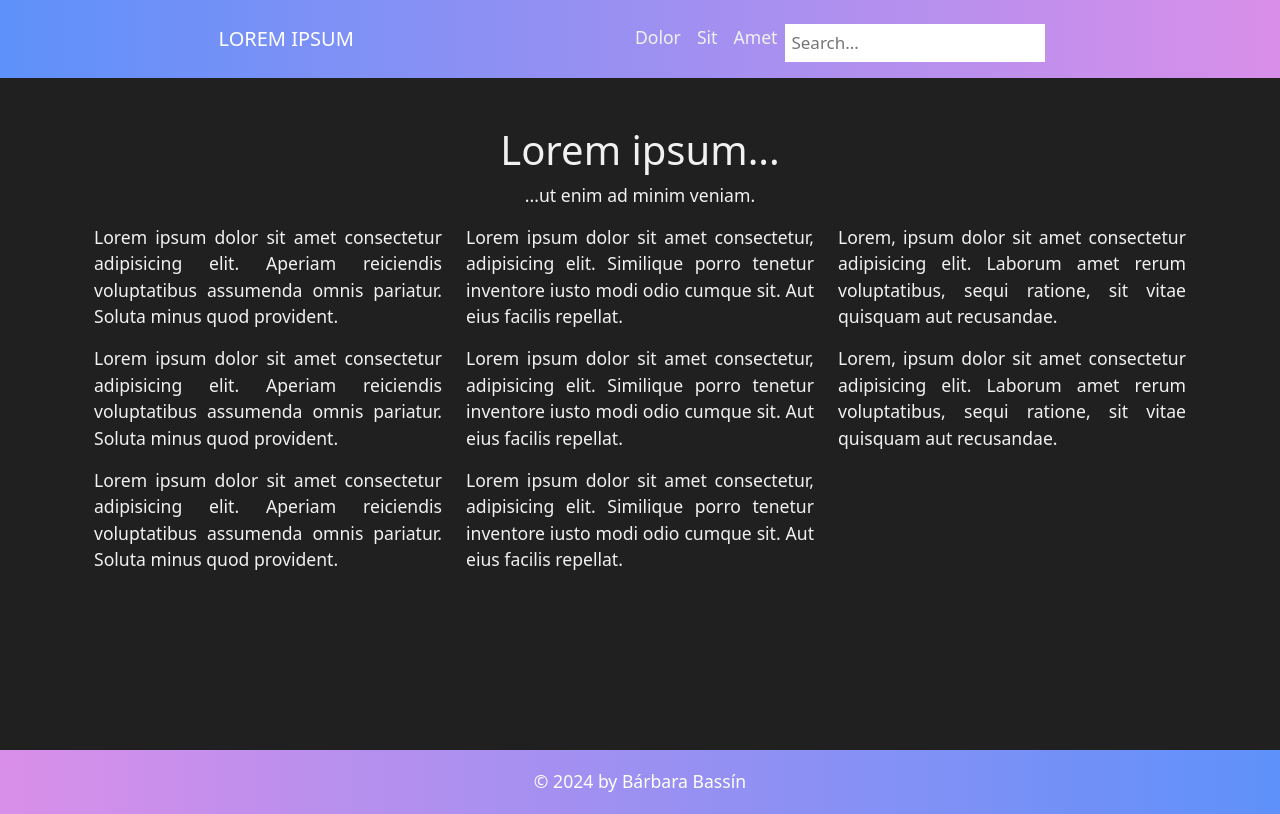
Repository: romancegirl/responsiveness
Page: index.html
The author's editor kept a copy of each file at every save. The page is drawn from the files as they stood at one save, then again after the next save.
The browser window is 1280 px wide. The pictures show the whole page.

Above is the page before, as saved 2024-11-19 19:33:44.

### index.html
<!DOCTYPE html>
<html lang="en">

<head>
    <meta charset="UTF-8">
    <meta name="viewport" content="width=device-width, initial-scale=1.0">
    <title>Portfolio - Bárbara Bassín</title>
    <link href="https://cdn.jsdelivr.net/npm/bootstrap@5.3.0/dist/css/bootstrap.min.css" rel="stylesheet">
    <link rel="stylesheet" href="https://cdnjs.cloudflare.com/ajax/libs/font-awesome/6.0.0-beta3/css/all.min.css">
    <link rel="stylesheet" href="css/header-and-footer.css">
    <link rel="stylesheet" href="css/styles.css">
</head>

<body>
    <!-- Header -->
    <header class="py-2">
        <div class="container d-flex justify-content-around align-items-center" id="profile">
            <h5 class="m-0">LOREM IPSUM</h5>
            <nav class="navbar navbar-expand-lg">
                <button class="navbar-toggler" type="button" data-bs-toggle="collapse" data-bs-target="#navbarNav"
                    aria-controls="navbarNav" aria-expanded="false" aria-label="Toggle navigation">
                    <i class="fas fa-bars"></i>
                </button>
                <div class="collapse navbar-collapse" id="navbarNav">
                    <ul class="navbar-nav ms-auto">
                        <li class="nav-item"><a class="nav-link">Dolor</a></li>
                        <li class="nav-item"><a class="nav-link">Sit</a></li>
                        <li class="nav-item"><a class="nav-link">Amet</a></li>
                        <input type="text" placeholder="Search...">
                    </ul>
                </div>
            </nav>
        </div>
    </header>



    <!-- Main -->
    <main class="container my-5">
        <div>
            <h1>Lorem ipsum...</h1>
            <div id="textCarousel" class="carousel slide" data-bs-ride="carousel" data-bs-interval="2000">
                <div class="carousel-inner">
                    <div class="carousel-item active">
                        <p>...olor sit amet, consectetur adipiscing elit...</p>
                    </div>
                    <div class="carousel-item">
                        <p>...sed do eiusmod tempor incididunt ut labore...</p>
                    </div>
                    <div class="carousel-item">
                        <p>...ut enim ad minim veniam.</p>
                    </div>
                </div>
            </div>
        </div>



        <div class="container text-center">
            <div class="row">
                <div class="col-6 col-md-4 paragraph">Lorem ipsum dolor sit amet consectetur adipisicing elit. Aperiam
                    reiciendis
                    voluptatibus assumenda omnis pariatur. Soluta minus quod provident.</div>
                <div class="col-6 col-md-4 paragraph">Lorem ipsum dolor sit amet consectetur, adipisicing elit.
                    Similique porro
                    tenetur inventore iusto modi odio cumque sit. Aut eius facilis repellat.</div>
                <div class="col-6 col-md-4 paragraph">Lorem, ipsum dolor sit amet consectetur adipisicing elit. Laborum
                    amet rerum
                    voluptatibus, sequi ratione, sit vitae quisquam aut recusandae.</div>
                <div class="col-6 col-md-4 paragraph">Lorem ipsum dolor sit amet consectetur adipisicing elit. Aperiam
                    reiciendis
                    voluptatibus assumenda omnis pariatur. Soluta minus quod provident.</div>
                <div class="col-6 col-md-4 paragraph">Lorem ipsum dolor sit amet consectetur, adipisicing elit.
                    Similique porro
                    tenetur inventore iusto modi odio cumque sit. Aut eius facilis repellat.</div>
                <div class="col-6 col-md-4 paragraph">Lorem, ipsum dolor sit amet consectetur adipisicing elit. Laborum
                    amet rerum
                    voluptatibus, sequi ratione, sit vitae quisquam aut recusandae.</div>
                <div class="col-6 col-md-4 paragraph">Lorem ipsum dolor sit amet consectetur adipisicing elit. Aperiam
                    reiciendis
                    voluptatibus assumenda omnis pariatur. Soluta minus quod provident.</div>
                <div class="col-6 col-md-4 paragraph">Lorem ipsum dolor sit amet consectetur, adipisicing elit.
                    Similique porro
                    tenetur inventore iusto modi odio cumque sit. Aut eius facilis repellat.</div>
            </div>
        </div>



    </main>

    <!-- Footer -->
    <footer class="bg-dark text-center py-2">
        <div>&copy; 2024 by Bárbara Bassín</div>
    </footer>
    <script src="js/script.js"></script>
    <script src="https://cdn.jsdelivr.net/npm/bootstrap@5.3.0/dist/js/bootstrap.bundle.min.js"></script>
</body>

</html>

### css/header-and-footer.css
header {
    background: linear-gradient(to right, #5E91FA, #d98fe9);
    color: #fff;
    position: relative;
}


main {
    min-height: 80vh;
    padding-bottom: 30px;
    box-sizing: border-box;
}

a.nav-link {
    color: #f1f1f1;
}

a.nav-link:hover {
    color: #f6c7de;
    transition: color 0.3s, text-shadow 0.3s;
    transform: scale(1.05);
}


.navbar input[type=text] {
    float: right;
    padding: 6px;
    margin-top: 8px;
    margin-right: 16px;
    border: none;
    font-size: 17px;
}


/* navbar-toggle */

.navbar-toggler {
    border-color: #fff;
}

.navbar-toggler .fas {
    color: #fff;
    /* Cambia el color del ícono */
}

.navbar-collapse {
    justify-content: flex-end;
}

.navbar-toggler:hover {
    cursor: pointer;
}

.navbar-toggler:focus {
    outline: none;
    box-shadow: none;
}

@media (max-width: 995px) {

    .navbar-collapse {
        display: none;
        position: absolute;
        top: 134%;
        left: -55px;
        width: 100%;
        z-index: 999;
        flex-direction: column-reverse;
        align-items: center;
    }

    .navbar-collapse.show {
        display: flex;
    }

    .navbar-nav {
        background: linear-gradient(to right, #5e92fae0, #d98fe9dc);
        color: #fff;
        padding: 1.5rem;
        border-radius: 0 0 100px 100px;
        font-weight: bold;
        text-align: center;
    }

    .navbar-nav:hover {
        cursor: pointer;

    }

    a.nav-link:hover {
        color: #f6c7de;
        transition: color 0.3s, text-shadow 0.3s;
        transform: scale(1.05);
    }

    .navbar-nav .nav-item {
        margin: 10px 0;
    }

    .navbar a, .navbar input[type=text] {
        float: none;
        display: block;
        text-align: left;
        width: 100%;
        margin: 0;
        padding: 14px;
      }
      .navbar input[type=text] {
        border: 1px solid #ccc;
      }

}

footer {
    background: linear-gradient(to right, #d98fe9, #5E91FA);
    color: #fff;
    bottom: 0;
    min-height: 4rem;
    display: flex;
    justify-content: center;
    align-items: center;
}

### css/styles.css
body {
    background-color: #202020;
    color: #f1f1f1;
    font-size: 110%;
}

/* Profile and resume */

.profile-photo {
    width: 250px;
    height: 250px;
    border: #a5c3ffcd;
    border-style: double;
    border-width: 5px;
    border-radius: 70px;
    display: flex;
    justify-content: center;
    align-items: center;
    overflow: hidden;
    /* Oculta cualquier parte de la imagen que se desborde */
    float: right;
}

/* titles */

h1 {
    text-align: center;
}

h2,
h3,
h4 {
    background: linear-gradient(#d98fe9, #5E91FA);
    -webkit-background-clip: text;
    background-clip: text;
    -webkit-text-fill-color: transparent;
}



/* General */

#textCarousel {
    width: 40rem;
    margin: auto;
}

p {
    text-align: center;
}

.row {
    text-align: justify;
}

.paragraph {
margin-bottom: 1rem;
}

/* Responsiveness */

.title-small,
.title-x-small {
    display: none;
}

@media screen and (max-width: 1400px) {

    .title-large,
    .title-x-small {
        display: none;
    }

    .title-small {
        display: block;
    }
}

@media screen and (max-width: 768px) {

    .title-large,
    .title-small {
        display: none;
    }

    .title-x-small {
        display: block;
        text-align: center;

    }

    #textCarousel {
        max-width: 90%; /* Usa un tamaño relativo en lugar de fijo */
    }
}

### js/script.js
document.addEventListener('click', function(event) {
    var navbar = document.querySelector('.navbar-collapse');
    var toggler = document.querySelector('.navbar-toggler');

    // Si el menú está abierto y se hace clic fuera de él, lo cierra
    if (navbar.classList.contains('show') && !navbar.contains(event.target) && !toggler.contains(event.target)) {
        var bsCollapse = new bootstrap.Collapse(navbar, {
            toggle: false
        });
        bsCollapse.hide();
    }
});

// Cerrar el menú automáticamente al hacer clic en cualquier enlace
var navLinks = document.querySelectorAll('.nav-link');
navLinks.forEach(function(link) {
    link.addEventListener('click', function() {
        var navbar = document.querySelector('.navbar-collapse');
        var bsCollapse = new bootstrap.Collapse(navbar, {
            toggle: false
        });
        bsCollapse.hide();
    });
});

After the next save:
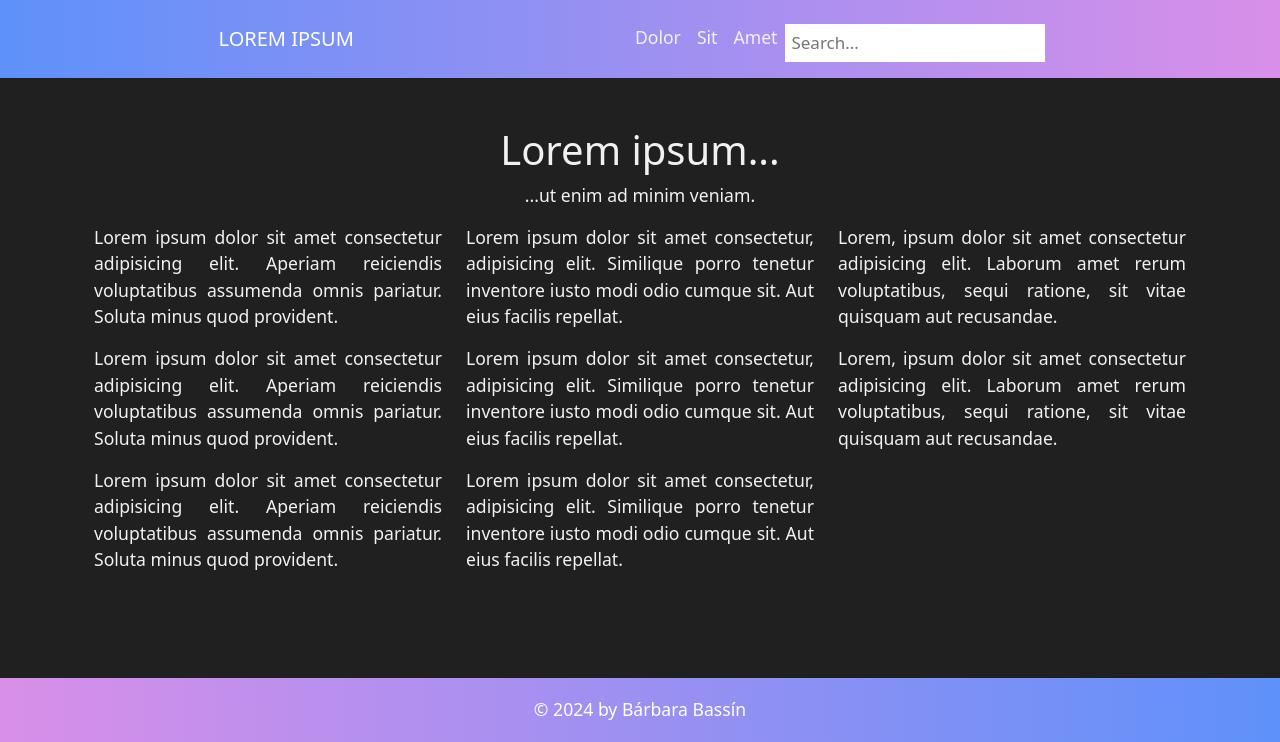
Saved 6 s later.
--- a/css/header-and-footer.css
+++ b/css/header-and-footer.css
@@ -6,7 +6,7 @@ header {
 
 
 main {
-    min-height: 80vh;
+    min-height: 70vh;
     padding-bottom: 30px;
     box-sizing: border-box;
 }
